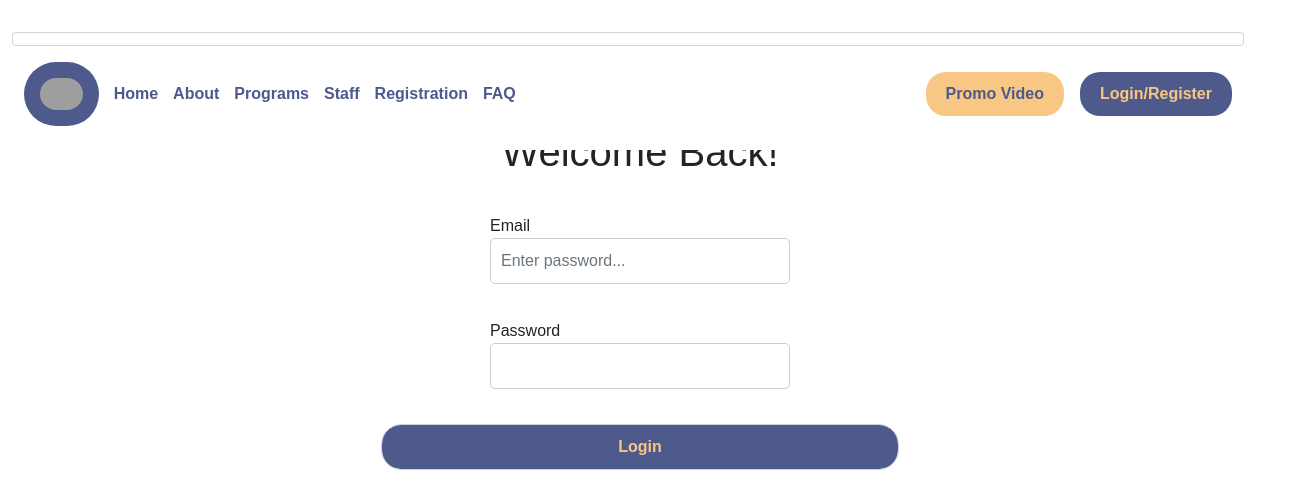
Repository: fullstackatbrown/project-necysc
Page: necysc_app/templates/necysc_app/applicant/login.html
An editor plug-in stored every save of this project. The page is shown before and after a run of saves, followed by the edit.
The browser window is 1280 px wide. The page is 1292 px wide, so the pictures cover 1292 px, including what lies to the right of the window. The pictures show the part of the page from y = 0 to 490 px (the page is 1172 px tall).
Pictures or frames that could not be fetched are drawn as grey boxes. Some web fonts or font styles are not loaded; a fallback is used. The template is drawn by Django 5.2. The application's start-up code is not run. Other server files are loaded and not shown. The template is opened directly, without the code that normally fills it, so the values that code supplies are empty.

Above is the page before, as saved 2024-12-04 01:11:33.

### necysc_app/templates/necysc_app/applicant/login.html
{% extends "necysc_app/base.html" %} {% load static %} {% block title %} Login /
Register {% endblock %} {% block content %}
<link rel="stylesheet" href="{% static 'necysc_app/login.css' %}" />

<div class="login_page">
    <!-- Login Form -->
    <div class="login_form">
        <h1>Welcome Back!</h1>
        <form method="POST" action="" class="login_form_body">
            {% csrf_token %}

            <!--name="username" because django authentication by default refers to username-->
            <div>
                <label for="id_email">Email</label>
                <input type="email" name="username" id="id_email" required>
            </div>
            <div>
                <label for="id_password">Password</label>
                <input type="password" name="password" id="id_password" required>
            </div>
            <input style="background-color: #4e598c; color: #f9c784; transition: all 0.3s ease; padding: 10px 20px;
                            border-radius: 20px;
                            display: inline-block;
                            text-align: center;"
                    class="fw-bold" type="submit" value="Login" name="Login User">
        </form>

        {% if form.errors %}
        <div>
            <div class="alert alert-danger alert-dismissible fade show" role="alert">
                <strong>Invalid email or password.</strong> Please try again.
                <button type="button" class="btn-close" data-bs-dismiss="alert" aria-label="Close"></button>
              </div>
        </div>
        {% endif %}
    </div>

    <!-- Register Form -->
    <div class="register_form">
        <h1>Don't Have an Account?</h1>
        <h2>Sign up for the summer!</h2>
        <a class="white-link" href="{% url 'necysc_app:register' %}">Sign Up</a>
    </div>
    <script>
        var form_fields = document.getElementsByTagName('input')
        form_fields[1].placeholder = 'Email...';
        form_fields[2].placeholder = 'Enter password...';
        for (var field in form_fields) {
            form_fields[field].className += ' form-control'
        }
    </script>
</div>

{% endblock %}

### necysc_app/templates/necysc_app/base.html
<!DOCTYPE html>
<html lang="en">
	<!-- Header -->
	{% load static %} {% include 'necysc_app/header.html' %}

	<head>
		<!-- Required meta tags -->
		<meta charset="utf-8" />
		<meta name="viewport" content="width=device-width, initial-scale=1" />

		<!--Bootstrap CSS-->
		<link
			href="https://cdn.jsdelivr.net/npm/bootstrap@5.0.2/dist/css/bootstrap.min.css"
			rel="stylesheet"
			integrity="sha384-EVSTQN3/azprG1Anm3QDgpJLIm9Nao0Yz1ztcQTwFspd3yD65VohhpuuCOmLASjC"
			crossorigin="anonymous"
		/>

		<title>{% block title %} {% endblock %}</title>
		<link rel="preconnect" href="https://fonts.googleapis.com" />
		<link rel="preconnect" href="https://fonts.gstatic.com" crossorigin />
		<link
			href="https://fonts.googleapis.com/css2?family=Roboto+Mono:ital,wght@0,100..700;1,100..700&display=swap"
			rel="stylesheet"
		/>

		<!--global Hind font-->
		<link
			href="https://fonts.googleapis.com/css2?family=Hind:wght@400;500;600&display=swap"
			rel="stylesheet"
		/>
		<style>
			body {
				font-family: "Hind", sans-serif;
			}
		</style>

	</head>

	<body>
		<!-- Navbar -->
		{% include 'necysc_app/navbar.html' %}

		<!-- Content -->
		<div class="container">{% block content %} {% endblock %}</div>

		<!-- Footer -->
		{% include 'necysc_app/footer.html' %}

		<!--Bootstrap JavaScript Plugins-->
		<script
			src="https://cdn.jsdelivr.net/npm/bootstrap@5.0.2/dist/js/bootstrap.bundle.min.js"
			integrity="sha384-MrcW6ZMFYlzcLA8Nl+NtUVF0sA7MsXsP1UyJoMp4YLEuNSfAP+JcXn/tWtIaxVXM"
			crossorigin="anonymous"
		></script>
	</body>
</html>

### necysc_app/templates/necysc_app/header.html
<!-- Header -->
<head>
    <meta charset="UTF-8" />
    <!-- Bootstrap Imports -->
    <link
      href="https://cdn.jsdelivr.net/npm/bootstrap@5.0.2/dist/css/bootstrap.min.css"
      rel="stylesheet"
      integrity="sha384-EVSTQN3/azprG1Anm3QDgpJLIm9Nao0Yz1ztcQTwFspd3yD65VohhpuuCOmLASjC"
      crossorigin="anonymous"
    />
    <link
      href="https://cdn.jsdelivr.net/npm/bootstrap-icons@1.8.1/font/bootstrap-icons.css"
      rel="stylesheet"
    />
    <script
    src="https://cdn.jsdelivr.net/npm/bootstrap@5.0.2/dist/js/bootstrap.bundle.min.js"
    integrity="sha384-MrcW6ZMFYlzcLA8Nl+NtUVF0sA7MsXsP1UyJoMp4YLEuNSfAP+JcXn/tWtIaxVXM"
    crossorigin="anonymous"
    ></script>
    <meta name="viewport" content="width=device-width, initial-scale=1" />
    {% load static %}
    <link href="{% static 'necysc_app/style.css' %}" rel="stylesheet" />
    <link rel="icon" href="{%  static 'necysc_app/images/favicon.ico' %}">
</head>

### necysc_app/templates/necysc_app/navbar.html
<!DOCTYPE html>
<html>
<head>
    <title>Your Page Title</title>
    <style>
        a {
            font-weight: bold;
            text-decoration: none;
        }

        .dropdown {
            position: relative;
            display: inline-block;
        }

        .dropdown-content {
            display: none;
            position: absolute;
            background-color: #f9f9f9;
            min-width: 160px;
            box-shadow: 0px 8px 16px 0px rgba(0, 0, 0, 0.2);
            z-index: 10;
            top: 100%;
        }

        .dropdown-content a {
            color: #4e598c;
            padding: 12px 16px;
            text-decoration: none;
            display: block;
            transition: color 0.3s ease, background-color 0.3s ease;
        }

        .dropdown-content a:hover {
            background-color: #4e598c;
            color: #F9C784;
        }

        .dropdown:hover .dropdown-content {
            display: block;
        }

        .navbar-link {
            color: #4e598c;
            transition: color 0.3s ease;
        }

        .navbar-link:hover {
            color: #F9C784;
            background: #4e598c;
            transition: color 0.3s ease;
            padding: 10px 20px;
            border-radius: 9px;
        }

        .active {
            color: #F9C784;
            background: #4e598c;
            padding: 10px 20px;
            text-decoration: none;
            border-radius: 9px;
        }


        .btn-login {
            background-color: #4e598c;
            color: #F9C784;
            transition: all 0.3s ease;
            padding: 10px 20px;
            border-radius: 20px;
            display: inline-block;
            text-align: center;
        }

        .btn-login:hover {
            background-color: #F9C784;
            color: #FFFFFF;
        }

        .btn-padding {
            padding: 10px 20px;
            border-radius: 20px;
            display: inline-block;
            text-align: center;
            background: #F9C784;
            color: #4e598c;
            transition: all 0.3s ease;
        }

        .btn-padding:hover {
            background-color: #4e598c;
            color: #ffffff;
        }


        .col-auto {
            display: flex;
            align-items: center;
        }

        img {
            height: 4rem;
            max-width: 100%;
        }

        #logobutton {
            background-color: #4e598c;
            transition: all 0.3s ease;
        }

        #logobutton:hover {
            background-color: #F9C784;
            color: #FFFFFF;
        }
    </style>
</head>
<body>

<!-- navbar sticky -->
{% load static %}
<div class="row mt-2 pt-4 pb-4 mb-3 d-flex ps-4 pe-5 align-items-center gap-3 sticky-top bg-bi-white bg-white row">

    <input type="checkbox" id="menu-toggle" class="menu-toggle">
    <label for="menu-toggle" class="hamburger">
        &#9776;
    </label>

    <div class="nav-links">

        <div class="col-auto">
            <a href="{% url 'necysc_app:index' %}" id="logo-link">
                <img src="https://www.necysc.org/v2/images/logo2.png" alt="Your Image Description" id="logobutton" class="rounded-pill p-3"/>
            </a>
        </div>

        <div class="dropdown col-auto">
            {% if request.user.is_authenticated %}
            <a href="{% url 'necysc_app:home' %}" class="navbar-link {% if request.path == '/' %}active{% endif %}">Applicant Home</a>
            {% else %}
            <a href="{% url 'necysc_app:index' %}" class="navbar-link {% if request.path == '/' %}active{% endif %}">Home</a>
            {% endif %}
        </div>

        {% if not request.user.is_authenticated %}
        <div class="dropdown col-auto">
            <a href="{% url 'necysc_app:about' %}" class="navbar-link {% if request.path == '/about/' %}active{% endif %}">About</a>
            <div class="dropdown-content">
                <a href="{% url 'necysc_app:about' %}#sponsors">Sponsors</a>
                <a href="{% url 'necysc_app:about' %}#contact">Contact Us</a>
            </div>
        </div>

        <div class="dropdown col-auto">
            <a href="{% url 'necysc_app:programs' %}" class="navbar-link {% if request.path == '/programs/' %}active{% endif %}">Programs</a>
            <div class="dropdown-content">
                <a href="{% url 'necysc_app:programs' %}#day">Day Camp</a>
                <a href="{% url 'necysc_app:programs' %}#on">Overnight Camp</a>
                <a href="{% url 'necysc_app:programs' %}#ea">ExplorAsian</a>
            </div>
        </div>

        <div class="dropdown col-auto">
            <a href="{% url 'necysc_app:staff' %}" class="navbar-link {% if request.path == '/staff/' %}active{% endif %}">Staff</a>
            <div class="dropdown-content">
                <a href="{% url 'necysc_app:staff' %}#cit">CIT</a>
                <a href="{% url 'necysc_app:staff' %}#counselor">Counselor</a>
                <a href="{% url 'necysc_app:staff' %}#ra">RA</a>
                <a href="{% url 'necysc_app:staff' %}#ops">OPs</a>
                <a href="{% url 'necysc_app:staff' %}#committee">Committee</a>
            </div>
        </div>

        <div class="dropdown col-auto">
            <a href="{% url 'necysc_app:registration' %}" class="navbar-link {% if request.path == '/registration/' %}active{% endif %}">Registration</a>
            <div class="dropdown-content">
                <a href="{% url 'necysc_app:registration' %}#importantdates">2025 Important Dates</a>
                <a href="{% url 'necysc_app:registration' %}#financialaid">Financial Aid</a>
            </div>
        </div>

        <div class="dropdown col-auto">
            <a href="{% url 'necysc_app:faq' %}" class="navbar-link {% if request.path == '/faq/' %}active{% endif %}">FAQ</a>
            <div class="dropdown-content">
                <a href="{% url 'necysc_app:faq' %}#faqregistration">Registration</a>
                <a href="{% url 'necysc_app:faq' %}#faqleavingcamp">Leaves and Visits</a>
                <a href="{% url 'necysc_app:faq' %}#faqhealth">Health and Safety</a>
                <a href="{% url 'necysc_app:faq' %}#camp">Camp Activities</a>
            </div>
        </div>
        {% endif %}

        <div class="col-auto ms-auto">
            <a href="https://youtu.be/PPZ1zu8fGl0?si=h436QWcB9vHQeV_G" target="_blank" class="btn-padding me-3">Promo Video</a>
            {% if request.user.is_authenticated %}
            <a href="{% url 'necysc_app:logout' %}" class="btn-login">Logout</a>
            {% else %}
            <a href="{% url 'necysc_app:login' %}" class="btn-login">Login/Register</a>
            {% endif %}
        </div>
    </div>
</div>

</body>
</html>

### necysc_app/templates/necysc_app/footer.html
<!-- Footer -->
<footer class="pt-4" id="contact">
  <div class="ms-5 me-5 mb-5 bg-dark" style="height: 2px;"></div>

  <h2 class="ps-5 mb-3 mt-5 text-center" style="color: #4e598c;">Connect With Us!</h2>
  <p class="ps-5 text-center"> General Inquiries:
    <a href="mailto:registration@necysc.org" style="color: black">registration@necysc.org</a>
  </p>
  <p class="ps-5 text-center"> Director:
    <a href="mailto:registration@necysc.org" style="color: black">director@necysc.org</a>
  </p>
  <p class="ps-5 text-center"> Assistant Director:
    <a href="mailto:registration@necysc.org" style="color: black">assistantdirector@necysc.org</a>
  </p>

  <div class="row text-center align-items-center justify-content-center">
    <div class="col-auto">
        <a href="https://www.instagram.com/NECYSC/" style="display: inline-block;" target="_blank">
            <img src="https://cdn.freebiesupply.com/images/large/2x/instagram-icon-white-on-black.png" alt="Instagram Logo" style="width: 50px; height: auto;">
        </a>
    </div>
    <div class="col-auto">
      <a href="https://www.facebook.com/NECYSC" style="display: inline-block;" target="_blank">
          <img src="https://www.freepnglogos.com/uploads/logo-facebook-png/logo-facebook-facebook-logo-png-transparent-svg-vector-bie-supply-18.png" alt="Facebook Logo" style="width: 40px; height: auto;">
      </a>
    </div>
  </div>


  <!-- Copyright -->
  <div class="container"></div>
  <div class="text-center p-4">
    © 2024 Copyright.
    <a class="text-reset" href="https://necysc.org/">necysc.org</a>
  </div>

</footer>
<!-- Footer -->

### necysc_app/static/necysc_app/style.css
.hero-section {
  position: relative;
  background-size: cover;
  background-position: center;
  background-repeat: no-repeat;
  color: white;
  height: 60vh;
  display: flex;
  align-items: center;
  justify-content: center;
  overflow: hidden;
}

.hero-section .overlay {
  position: absolute;
  top: 0;
  left: 0;
  width: 100%;
  height: 100%;
  background-color: rgba(0, 0, 0, 0.5);
  z-index: 1;
}

.hero-section .position-relative {
  z-index: 2;
}

.btn-purple {
  background-color: #4e598c;
  color: #f9c784;
  transition: all 0.3s ease;
  padding: 10px 20px;
  border-radius: 20px;
  display: inline-block;
  text-align: center;
  text-decoration: none;
  outline: none;
  border: none;
}

.btn-purple:hover {
  background-color: #f9c784;
  color: #ffffff;
}


.accordion-item .accordion-button:not(.collapsed) {
  background-color: #4e598c; /* Darker purple when open */
  color: #ffffff; /* White text for contrast */
}


/* 汉堡菜单默认隐藏 */
.menu-toggle {
  display: none;
}

.hamburger {
  display: none;
  font-size: 24px;
  cursor: pointer;
  color: #4e598c;
}

/* 导航栏默认样式 */
.nav-links {
  display: flex;
  gap: 15px;
}

/* 响应式设计 */
@media (max-width: 768px) {
  .nav-links {
      display: none; /* 默认隐藏导航栏 */
      flex-direction: column;
      background-color: white;
      position: absolute;
      top: 60px;
      right: 0;
      width: 100%;
      padding: 10px;
      z-index: 1000;
  }

  .menu-toggle:checked + .hamburger + .nav-links {
      display: flex; /* 点击汉堡菜单显示导航栏 */
  }

  .hamburger {
      display: block;
  }
}

.optional {
  color: gray;
  font-style: italic;
}

.white-link {
  color: #ffffff;
  text-decoration: none;
  transition: color 0.3s ease;
}

.white-link:hover {
  color: #cccccc;
}

### necysc_app/static/necysc_app/login.css
.login_page {
  display: flex;
  justify-content: center;
  align-items: center;
  flex-direction: column;
  width: 100%;
  height: 90vh;
}

.login_form {
  width: 50%;
  height: 100%;
  padding: 20px;
  display: flex;
  justify-content: center;
  align-items: center;
  flex-direction: column;
  gap: 30px;
}

.login_form_body {
  display: flex;
  justify-content: center;
  align-items: center;
  gap: 35px;
  flex-direction: column;
  width: 100%;
}

.login_form_body #id_email,
.login_form_body #id_password {
  width: 300px;
  padding: 10px;
  border-radius: 5px;
  border: 1px solid #ccc;
}

/* .login_form_body input[type="submit"] {
    background-color: #2E6D9E;
    color: white;
    border: none;
    padding: 10px;
    cursor: pointer;
    width: 50%;
    border-radius: 50px;
}

.login_form_body input[type="submit"]:hover {
    transition: 0.3s;
    background-color: #4E2498;
} */

.register_form {
  width: 50%;
  height: 100%;
  padding: 60px;
  padding-left: 150px;

  display: flex;
  justify-content: center;
  align-items: center;
  position: relative;
  background-image: url("./images/king.png");
  background-size: cover;
  background-position: center;
  background-repeat: no-repeat;
  color: white;
  flex-direction: column;
  gap: 50px;
  text-align: center;
  clip-path: polygon(20% 0, 100% 0, 100% 100%, 0% 100%);
}

.register_form h1 {
  font-size: 35px;
}

.register_form p {
  font-size: 15px;
}

/* .register_form a {
  border: 1px solid white;
  padding: 10px 20px;
  color: white;
  background-color: transparent;
  text-decoration: none;
  width: 350px;
  font-size: 15px;
  border-radius: 50px;
  transition: background-color 0.3s ease;
}

.register_form a:hover {
  color: white;
  background-color: rgba(255, 255, 255, 0.3);
}

.register_form::before {
  content: "";
  position: absolute;
  top: 0;
  left: 0;
  width: 100%;
  height: 100%;
  background-color: rgba(0, 0, 0, 0.35);
  z-index: -1;
  clip-path: polygon(20% 0, 100% 0, 100% 100%, 0% 100%);
} */

After the next 4 saves:
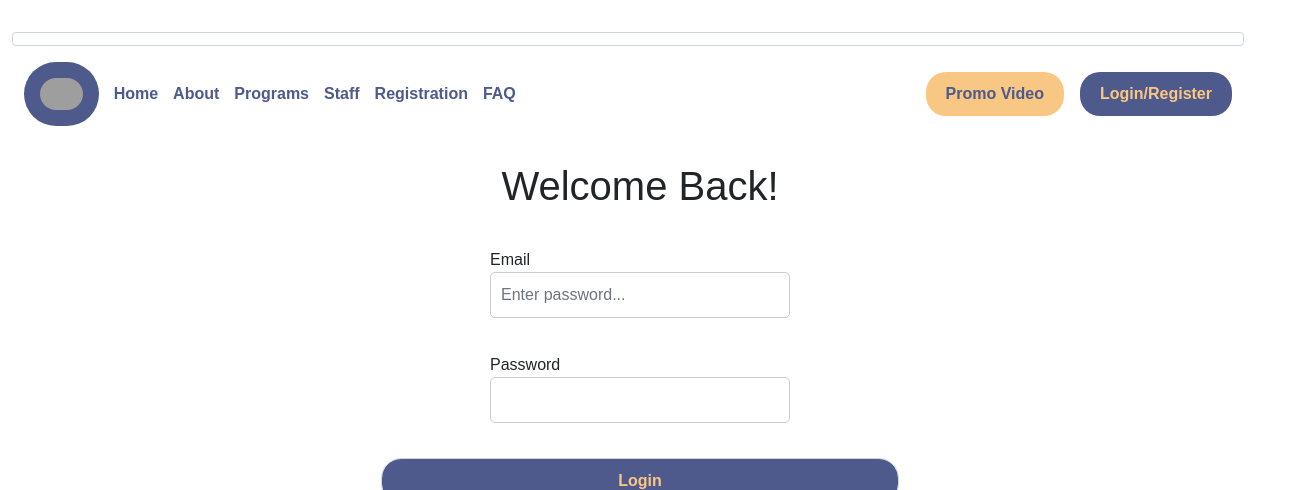
The 4 saves are shown as one change because they came seconds apart.
The last was saved 31 s later.
--- a/necysc_app/templates/necysc_app/applicant/login.html
+++ b/necysc_app/templates/necysc_app/applicant/login.html
@@ -37,7 +37,7 @@ Register {% endblock %} {% block content %}
 
     <!-- Register Form -->
     <div class="register_form">
-        <h1>Don't Have an Account?</h1>
+        <h0>Don't Have an Account?</h0>
         <h2>Sign up for the summer!</h2>
         <a class="white-link" href="{% url 'necysc_app:register' %}">Sign Up</a>
     </div>
